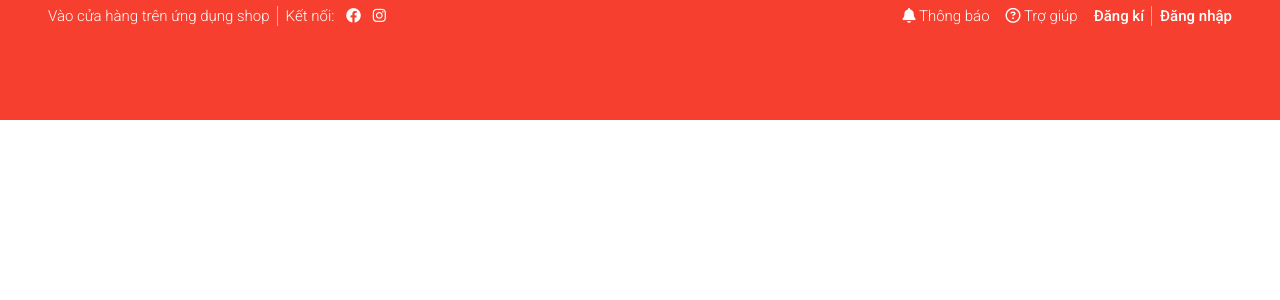
Repository: nguyenhoang2002062929/shoppee
Page: index.html
The author's editor kept a copy of each file at every save. The page is drawn from the files as they stood at one save, then again after the next save.
The browser window is 1280 px wide. The pictures show the whole page.

Above is the page before, as saved 2023-06-19 22:43:16.

After the next save:
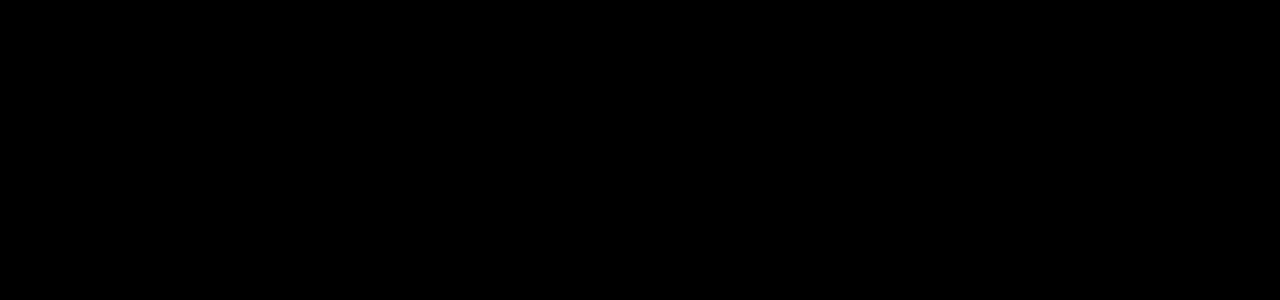
Saved 73 s later.
--- a/assets/css/main.css
+++ b/assets/css/main.css
@@ -175,3 +175,12 @@
 .notify__list-item--view:hover{
     background-color: #ddd;
 }
+/* modal-overlay */
+.modal{
+    position: absolute;
+    top: 0;
+    bottom: 0;
+    right: 0;
+    left: 0;
+    background-color: #000;
+}

After the save that followed:
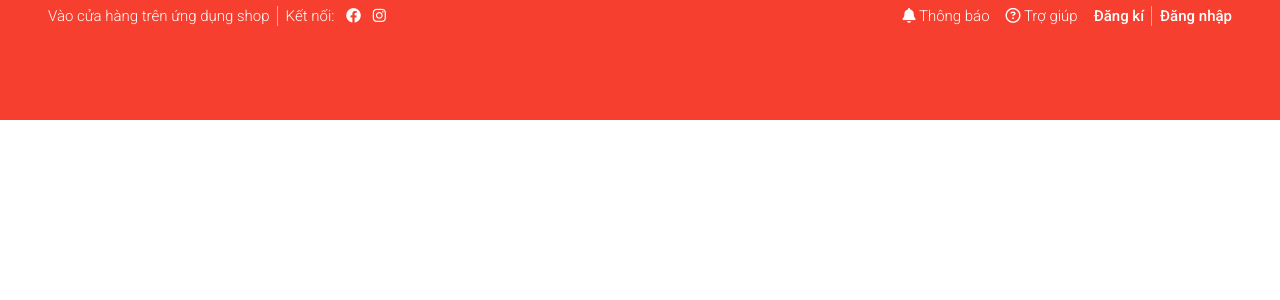
Saved 15 s later.
--- a/assets/css/main.css
+++ b/assets/css/main.css
@@ -182,5 +182,4 @@
     bottom: 0;
     right: 0;
     left: 0;
-    background-color: #000;
 }
